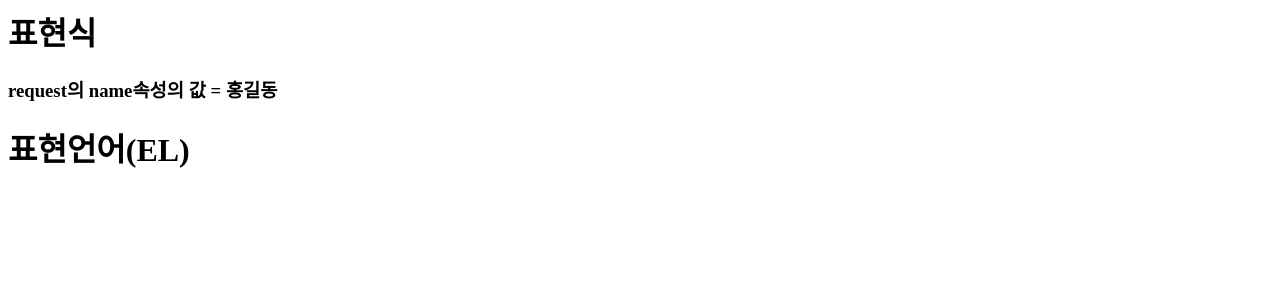
Repository: HongMW/study
Page: http://localhost/jsp01_basic/jsp09_el/jsp01_use_el.jsp
The author's editor kept a copy of each file at every save. The page is drawn from the files as they stood at one save, then again after the next save.
The browser window is 1280 px wide. The pictures show the whole page.
The page is served by Tomcat 9.

Above is the page before, as saved 2022-12-13 06:24:25.

After the next save:
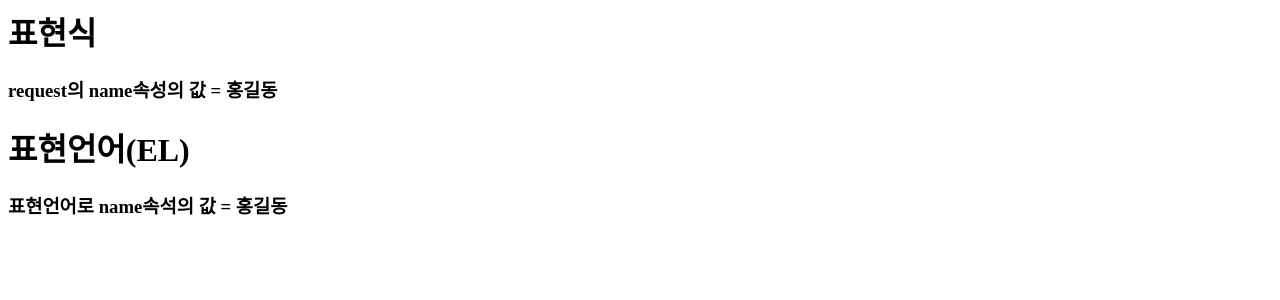
Saved 114 s later.
--- a/04.jsp/jsp01_basic/WebContent/jsp09_el/jsp01_use_el.jsp
+++ b/04.jsp/jsp01_basic/WebContent/jsp09_el/jsp01_use_el.jsp
@@ -11,3 +11,4 @@
 <h3>request의 name속성의 값 = <%= request.getAttribute("name") %></h3>
 
 <h1>표현언어(EL)</h1>
+<h3>표현언어로 name속석의 값 = ${ requestScope.name }</h3>
